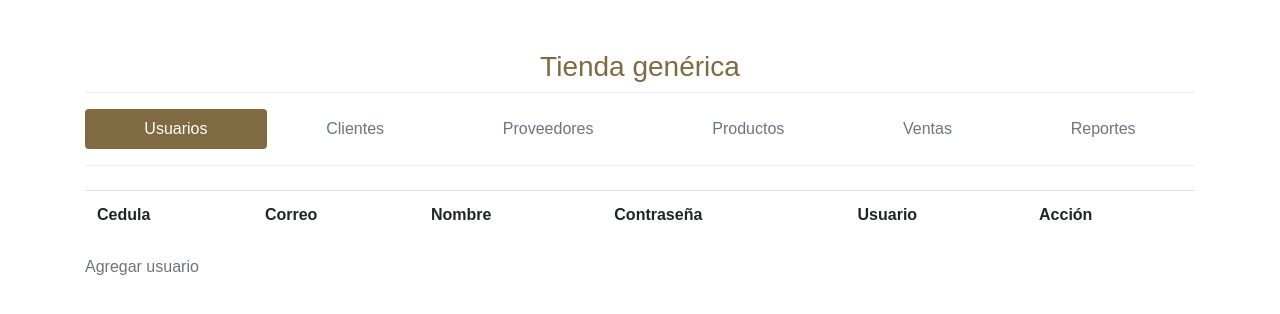
Repository: andresrojas686/tiendaGenericaMintic
Page: http://localhost/primerJSP/usuarios.jsp
The author's editor kept a copy of each file at every save. The page is drawn from the files as they stood at one save, then again after the next save.
The browser window is 1280 px wide. The pictures show the whole page.
The page is served by Tomcat 9. Queries for data that is not in the repository find no rows.

Above is the page before, as saved 2021-09-15 20:45:01.

After the next save:
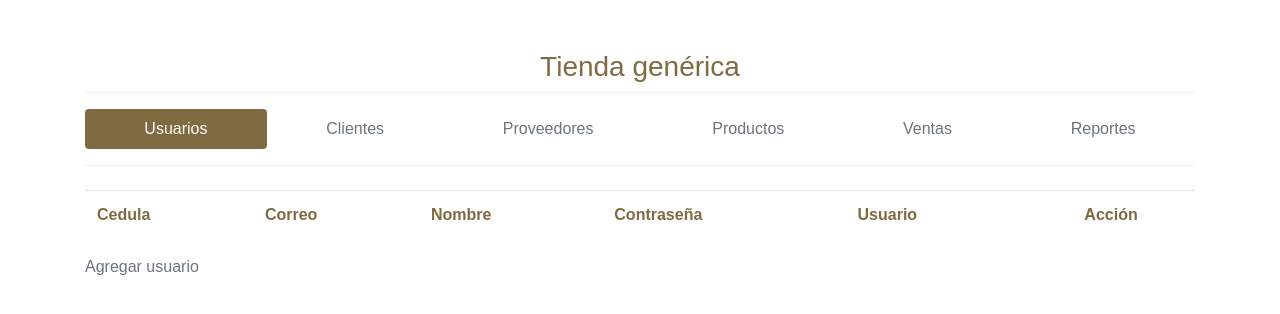
Saved 68 s later.
--- a/primerJSP/src/main/webapp/usuarios.jsp
+++ b/primerJSP/src/main/webapp/usuarios.jsp
@@ -56,12 +56,12 @@
 				<div class="col">
 					<table class="table table-hover">
 						<tr>
-							<th>Cedula</th>
-							<th>Correo</th>
-							<th>Nombre</th>
-							<th>Contraseña</th>
-							<th>Usuario</th>
-							<th colspan="2">Acción</th>
+							<th class="titulo-tabla">Cedula</th>
+							<th class="titulo-tabla">Correo</th>
+							<th class="titulo-tabla">Nombre</th>
+							<th class="titulo-tabla">Contraseña</th>
+							<th class="titulo-tabla">Usuario</th>
+							<th class="titulo-tabla-centrada" colspan="2">Acción</th>
 						</tr>
 						<%
 							while(result.next()){
